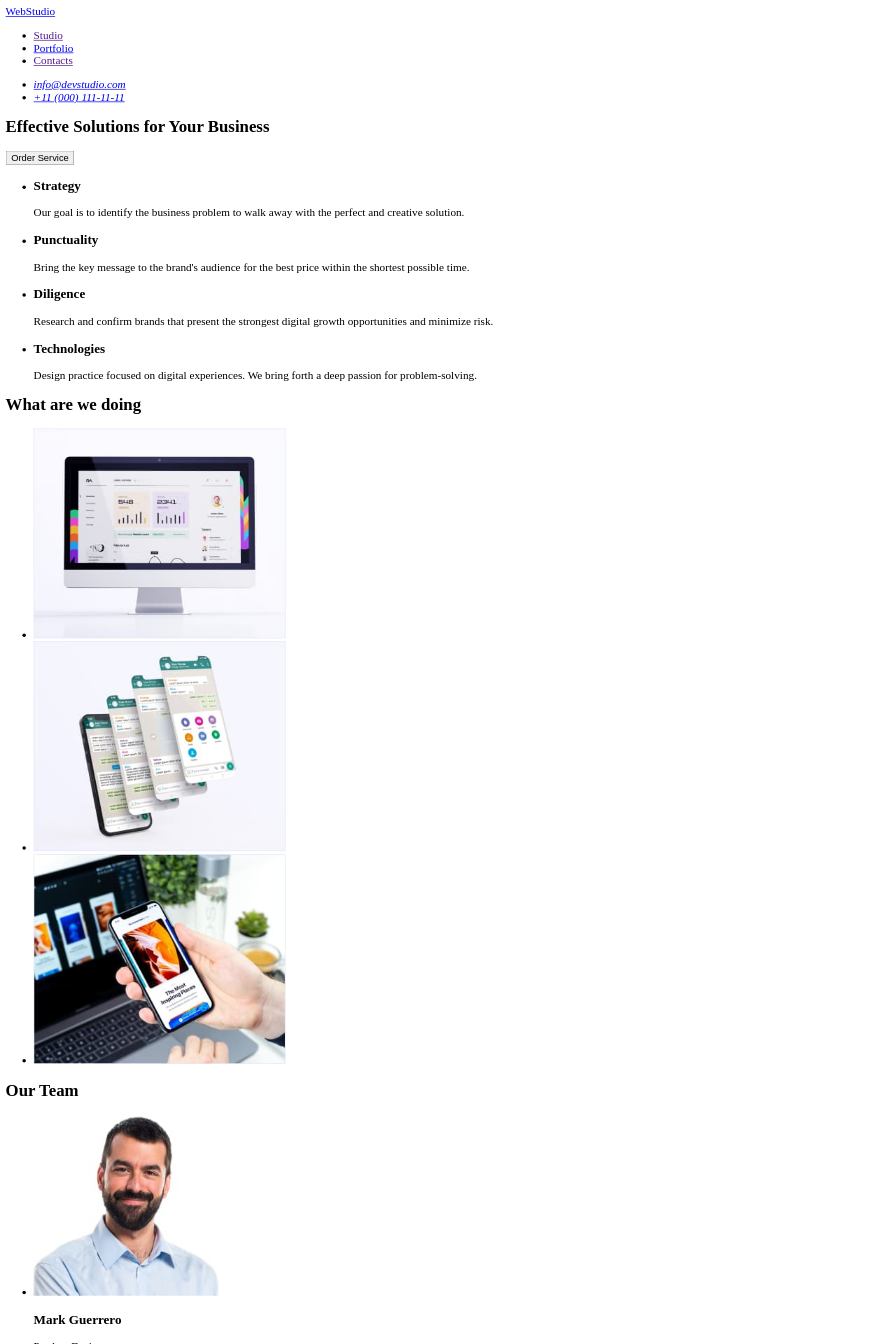
Repository: GrishchenkoNataliya/goit-markup-hw-02
Page: index.html
These files come from the project's save history. The page is drawn as it stood at one moment and after the next save; the edit follows.
The browser window is 1280 px wide. The pictures show the part of the page from y = 0 to 1920 px (the page is 3089 px tall), at 70% of full size.

Above is the page before, as saved 2023-03-02 18:50:26.
Not found: style.css

### index.html
<!DOCTYPE html>
<html lang="en">
  <head>
    <meta charset="UTF-8" />
    <meta http-equiv="X-UA-Compatible" content="IE=edge" />
    <meta name="viewport" content="width=device-width, initial-scale=1.0" />
    <link rel="stylesheet" href="style.css" />
    <title>homework_1</title>
  </head>
  <body>
    <header>
      <nav>
        <a href="./index.html">WebStudio</a>
        <ul>
          <li>
            <a href="" target="_blank" rel="noopener noreferrer nofollow"
              >Studio</a
            >
          </li>
          <li>
            <a
              href="./portfolio/portfolio.html"
              target="_blank"
              rel="noopener noreferrer nofollow"
              >Portfolio</a
            >
          </li>
          <li>
            <a href="" target="_blank" rel="noopener noreferrer nofollow"
              >Contacts</a
            >
          </li>
        </ul>
      </nav>
      <address>
        <ul>
          <li><a href="mailto:info@devstudio.com">info@devstudio.com</a></li>
          <li><a href="tel:+110001111111">+11 (000) 111-11-11</a></li>
        </ul>
      </address>
    </header>
    <main>
      <section>
        <h1>Effective Solutions for Your Business</h1>
        <button type="button">Order Service</button>
        <!-- Dark-bg -->
      </section>
      <section>
        <h2 hidden>Большой заголовок</h2>
        <ul>
          <li>
            <h3>Strategy</h3>
            <p>
              Our goal is to identify the business problem to walk away with the
              perfect and creative solution.
            </p>
          </li>
          <li>
            <h3>Punctuality</h3>
            <p>
              Bring the key message to the brand's audience for the best price
              within the shortest possible time.
            </p>
          </li>
          <li>
            <h3>Diligence</h3>
            <p>
              Research and confirm brands that present the strongest digital
              growth opportunities and minimize risk.
            </p>
          </li>
          <li>
            <h3>Technologies</h3>
            <p>
              Design practice focused on digital experiences. We bring forth a
              deep passion for problem-solving.
            </p>
          </li>
        </ul>
      </section>
      <section>
        <h2>What are we doing</h2>
        <ul>
          <li>
            <img
              src="./images/pages1/Rectangle71-1.jpg"
              alt="Rectangle 71-1"
              width="360"
            />
          </li>
          <li>
            <img
              src="./images/pages1/Rectangle71-2.jpg"
              alt="Rectangle 71-2"
              width="360"
            />
          </li>
          <li>
            <img
              src="./images/pages1/Rectangle71-3.jpg"
              alt="Rectangle 71-3"
              width="360"
            />
          </li>
        </ul>
      </section>
      <section>
        <h2>Our Team</h2>
        <ul>
          <li>
            <img
              src="./images/pages1/img1.jpg"
              alt="Mark Guerrero"
              width="264"
            />
            <h3>Mark Guerrero</h3>
            <p>Product Designer</p>
          </li>
          <li>
            <img src="./images/pages1/img2.jpg" alt="Tom Ford" width="264" />
            <h3>Tom Ford</h3>
            <p>Frontend Developer</p>
          </li>
          <li>
            <img
              src="./images/pages1/img3.jpg"
              alt="Camila Garcia"
              width="264"
            />
            <h3>Camila Garcia</h3>
            <p>Marketing</p>
          </li>
          <li>
            <img
              src="./images/pages1/img4.jpg"
              alt="Daniel Wilson"
              width="264"
            />
            <h3>Daniel Wilson</h3>
            <p>UI Designer</p>
          </li>
        </ul>
      </section>
    </main>
    <footer>
      <a href="./index.html">WebStudio</a>

      <p>
        Increase the flow of customers and sales for your business with digital
        marketing & growth solutions.
      </p>
      <!-- Dark-bg -->
    </footer>
  </body>
</html>

Loaded but not shown: css/styles.css (common file)

After the next save:
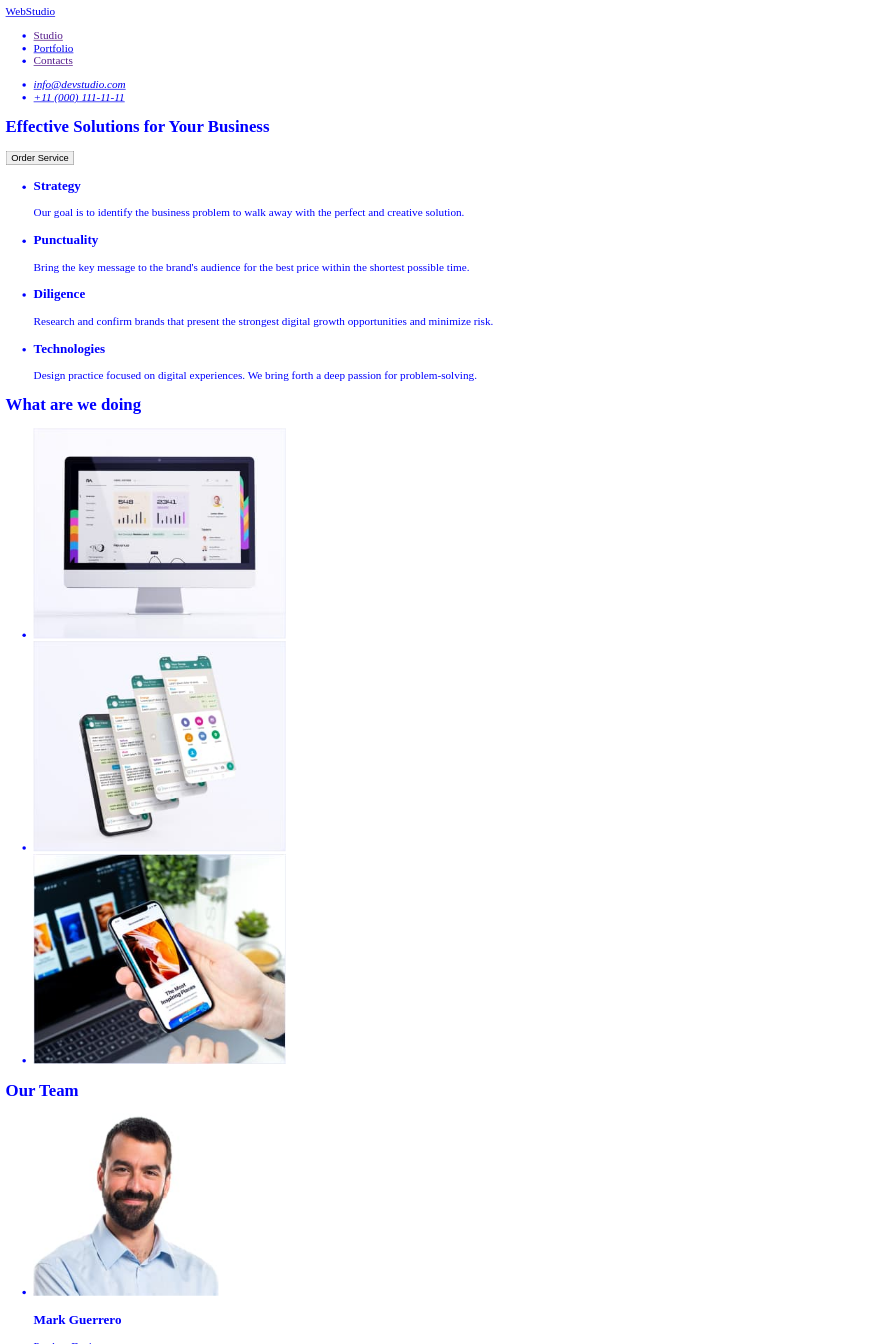
Saved 2 min 3 s later.
--- a/index.html
+++ b/index.html
@@ -4,7 +4,7 @@
     <meta charset="UTF-8" />
     <meta http-equiv="X-UA-Compatible" content="IE=edge" />
     <meta name="viewport" content="width=device-width, initial-scale=1.0" />
-    <link rel="stylesheet" href="style.css" />
+    <link rel="stylesheet" href="./css/styles.css" />
     <title>homework_1</title>
   </head>
   <body>
